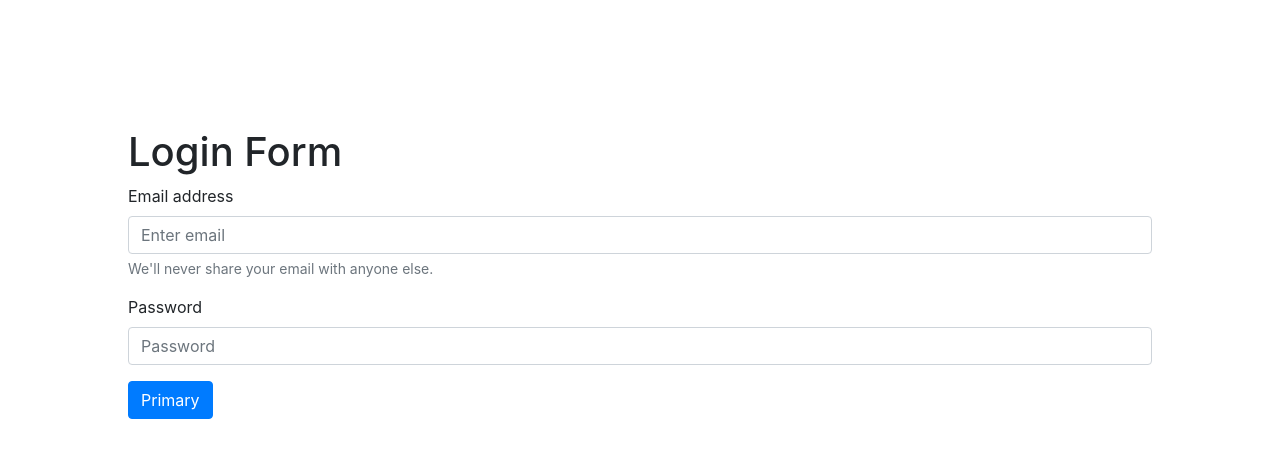
Repository: lalji-yadav/Register-Login-and-CRUD-using-token-and-Without-token-based
Page: /login
These files come from the project's save history. The page is drawn as it stood at one moment and after the next save; the edit follows.
The browser window is 1280 px wide. The pictures show the whole page.
The project was rebuilt for these pictures with package versions that can differ from the ones it lists, and the page was loaded fresh each time. Also part of the build but not shown: src/App.css, src/auth/register.js, src/components/reg.js.

Above is the page before, as saved 2021-02-01 18:56:23.

### src/App.js
import logo from './logo.svg';
import './App.css';
import Login from "./auth/login";
import Register from "./auth/register";
import Reg from "./components/reg";
import {
  BrowserRouter as Router,
  Switch,
  Route
} from "react-router-dom";

function App() {
  return (
    <div>
      <Router>
        <Switch>
           <Route exact path="/" component={Register} />
           <Route exact path="/login" component={Login} />
        </Switch>
      </Router>
       {/* <Register /> */}
       {/* <Login /> */}
       {/* <Reg /> */}
    </div>
  );
}

export default App;

### src/auth/login.js
import React from 'react';
import {Form,Button} from 'react-bootstrap';

const Login = () => {
    return (
        <div style={{padding:"10%"}}>
            <h1> Login Form </h1>
            <Form>
                <Form.Group controlId="formBasicEmail">
                    <Form.Label>Email address</Form.Label>
                    <Form.Control type="email" placeholder="Enter email" />
                    <Form.Text className="text-muted">
                    We'll never share your email with anyone else.
                    </Form.Text>
                </Form.Group>

                <Form.Group controlId="formBasicPassword">
                    <Form.Label>Password</Form.Label>
                    <Form.Control type="password" placeholder="Password" />
                </Form.Group>
                {/* <Form.Group controlId="formBasicCheckbox">
                    <Form.Check type="checkbox" label="Check me out" />
                </Form.Group> */}
                </Form>

            <Button type="button" className="btn btn-primary">Primary</Button>
        </div>
    );
};

export default Login;

Loaded but not shown: public/index.html (common file); src/index.js (common file); src/index.css (common file); src/reportWebVitals.js (common file)

After the next save:
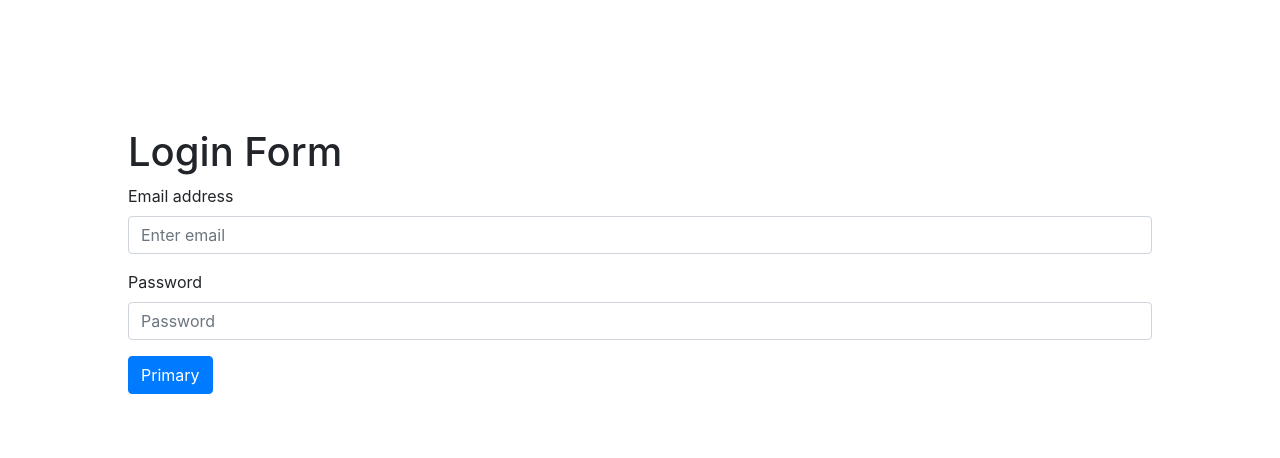
Saved 63 s later.
--- a/src/auth/login.js
+++ b/src/auth/login.js
@@ -9,9 +9,6 @@ const Login = () => {
                 <Form.Group controlId="formBasicEmail">
                     <Form.Label>Email address</Form.Label>
                     <Form.Control type="email" placeholder="Enter email" />
-                    <Form.Text className="text-muted">
-                    We'll never share your email with anyone else.
-                    </Form.Text>
                 </Form.Group>
 
                 <Form.Group controlId="formBasicPassword">
